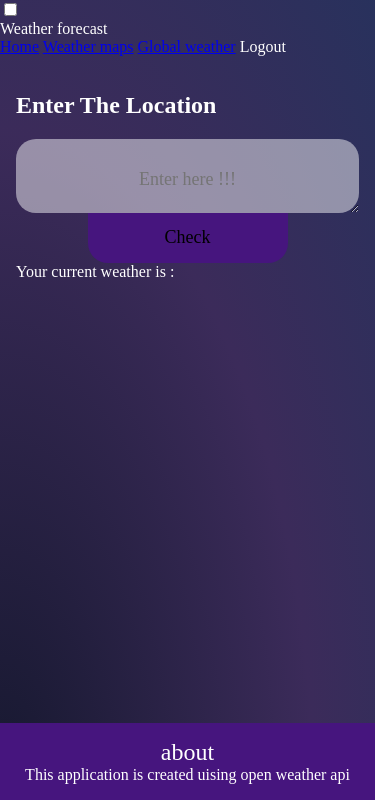
Repository: Irfan-vit/openapi
Page: index.html
These files come from the project's save history. The page is drawn as it stood at one moment and after the next save; the edit follows.
The browser window is 375 px wide. The pictures show the whole page.

Above is the page before, as saved 2021-05-28 23:51:15.

### index.html
<!DOCTYPE html>
<html lang="en">

<head>
    <meta charset="UTF-8">
    <meta http-equiv="X-UA-Compatible" content="IE=edge">
    <meta name="viewport" content="width=device-width, initial-scale=1.0">
    <title>Api</title>
    <link rel="stylesheet" href="style.css">
</head>

<body>


    <div class="nav">
        <input type="checkbox" id="nav-check" />
        <div class="nav-header">
            <div class="nav-title">
                Weather forecast
            </div>
        </div>
        <div class="nav-btn">
            <label for="nav-check">
                <span></span>
                <span></span>
                <span></span>
            </label>
        </div>

        <div class="nav-links">
            <a href="https://weatherapplicationse.netlify.app/">Home</a>
            <a href="https://openweathermap-cyan.vercel.app/">Weather maps</a>
            <a href="https://earth.nullschool.net/">Global weather</a>
            <a onClick={handleLogout}>Logout</a>
        </div>
    </div>

    <main>

        <h2>Enter The Location</h2>

        <textarea name="" id="txt-input" class="t-area" placeholder="Enter here !!!"></textarea>

        <button id="btn-translate">
            Check
        </button>

        <div>Your current weather is :</div>

        <div id="output" class="t-area">

        </div>

    </main>

    <footer>
        <div style="font-size: x-large;">about</div>
        <p>This application is created uising open weather api</p>
    </footer>



    <script src="app.js" type="text/javascript"></script>
</body>

</html>

### style.css
/* @import url('https://fonts.googleapis.com/css2?family=Kalam&display=swap'); */

* {
    box-sizing: border-box;
}

:root {
    --primary: #46157E;
    --black: #333333;
    --width-break:800px
}

body {
    margin: 0;
    /* font-family: 'Kalam', cursive; */
    color: #333333;
      background: radial-gradient(
    ellipse at left bottom,
    rgba(22, 24, 47, 1) 0%,
    rgba(38, 20, 72, 0.9) 59%,
    rgba(17, 27, 75, 0.9) 100%
  );
    height: 100%;
    margin: 0;
    background-repeat: no-repeat;
    background-attachment: fixed;
    color: white;

}

nav {
    background-color: var(--primary);
    text-align: center;
}

main {
    margin: auto;
    padding: 1rem;
    max-width: var(--width-break);
}

textarea {
    display: block;
    width: 100%;
    min-height: 5vh;
    font-size: large;
    font-family: inherit;
    background-color: #ffffff7a;
    border:none;
    border-radius:20px;
    text-align: center;
    padding-top: 30px;;
}

textarea:hover {
    display: block;
    width: 100%;
    min-height: 5vh;
    font-size: large;
    font-family: inherit;
    background-color: #ffffff;
    border-radius:20px;
    border: none;
    text-align: center;
}

button {
    background-color: var(--primary);
    border: none;
    margin: 8rem 0rem;
    font-family: 'Kalam', cursive;
    font-size: large;
    cursor: pointer;
    height: 50px;
    width: 200px;
    border-bottom-left-radius:20px;
    border-bottom-right-radius:20px;
    margin:auto;
    display:block;

}


#output {
    box-sizing: border-box;
    width: 100%;
    min-height: 10vh;
    max-height: 20vh;
    /* border: 1px solid var(--black); */
}

footer {
    position: fixed;
    bottom: 0;
    width: 100%;
    padding: 1rem;
    background-color: var(--primary);
    text-align: center;
}

footer p {
    max-width: var(--width-break);
    margin: auto;
}

### app.js
var btnTranslate = document.querySelector("#btn-translate");
var txtInput = document.querySelector("#txt-input");
var outputDiv = document.querySelector('#output')
var serverURL = "https://api.openweathermap.org/data/2.5/weather?q="
var key = "&appid=49257f6591cfc3ed8daf0b5970d519cb"

function getTranslationURL(text) {
    return serverURL + text + key
}

function errorHandler(error) {
    console.log("error occured", error)
    alert("something went wrong  :  " + error)
}

function clickHandler() {
    // outputDiv.innerText = "translated  " + txtInput.value + "  To : bababbababababababa ";

    var inputText = txtInput.value;

    fetch(getTranslationURL(inputText))
        .then(response => response.json())
        .then(json => {
            var translatedText = "Country : " + json['sys']['country'] + " | tempreature : " + json['main']['temp'] + " | weather : " +  json['weather'][0]['description'] + " | longitude : " + json['coord']['lon'] + " | latitude : " + json['coord']['lat'] + " | wind speed : " + json['wind']['speed'] + " | Wind direction, degrees : " + json['wind']['deg'];
            outputDiv.innerText = translatedText;
            })
    };


btnTranslate.addEventListener("click", clickHandler)

After the next save:
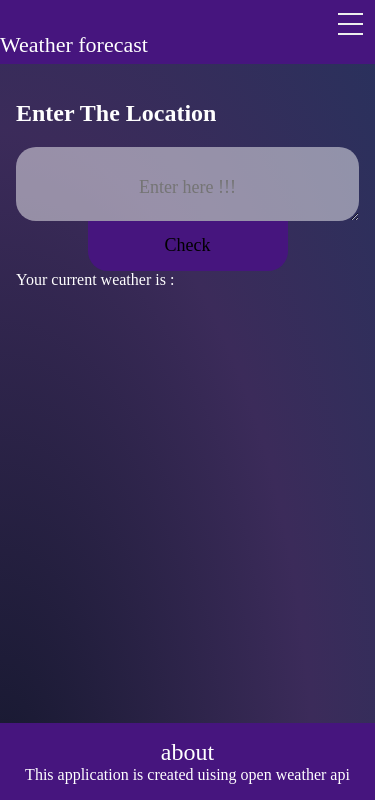
Saved 42 s later.
--- a/style.css
+++ b/style.css
@@ -102,3 +102,97 @@ footer p {
     max-width: var(--width-break);
     margin: auto;
 }
+
+.nav {
+  height: 50px;
+  width: 100%;
+  background-color: #46157E;
+  position: relative;
+  padding:2rem 0rem;
+}
+
+.nav > .nav-header {
+  display: inline;
+}
+
+.nav > .nav-header > .nav-title {
+  display: inline-block;
+  font-size: 22px;
+  color: #fff;
+  /* padding: 10px 10px 10px 10px; */
+  padding-bottom: 1rem;
+}
+
+.nav > .nav-btn {
+  display: none;
+}
+
+.nav > .nav-links {
+  display: inline;
+  float: right;
+  font-size: 18px;
+  margin:-1.5rem 0rem ;
+}
+
+.nav > .nav-links > a {
+  display: inline-block;
+  padding: 13px 10px 13px 10px;
+  text-decoration: none;
+  color: #efefef;
+}
+
+.nav > .nav-links > a:hover {
+  background-color: rgba(0, 0, 0, 0.3);
+}
+
+.nav > #nav-check {
+  display: none;
+}
+
+@media (max-width:600px) {
+  .nav > .nav-btn {
+    display: inline-block;
+    position: absolute;
+    right: 0px;
+    top: 0px;
+  }
+  .nav > .nav-btn > label {
+    display: inline-block;
+    width: 50px;
+    height: 50px;
+    padding: 13px;
+  }
+  .nav > .nav-btn > label:hover,.nav  #nav-check:checked ~ .nav-btn > label {
+    background-color: rgba(0, 0, 0, 0.3);
+  }
+  .nav > .nav-btn > label > span {
+    display: block;
+    width: 25px;
+    height: 10px;
+    border-top: 2px solid #eee;
+
+  }
+  .nav > .nav-links {
+    position: absolute;
+    display: block;
+    width: 100%;
+    background-color: #333;
+    height: 0px;
+    transition: all 0.3s ease-in;
+    overflow-y: hidden;
+    top: 50px;
+    left: 0px;
+    margin-top:0.4rem;
+  }
+  .nav > .nav-links > a {
+    display: block;
+    width: 100%;
+  }
+  .nav > #nav-check:not(:checked) ~ .nav-links {
+    height: 0px;
+  }
+  .nav > #nav-check:checked ~ .nav-links {
+    height: calc(100vh - 50px);
+    overflow-y: auto;
+  }
+}
